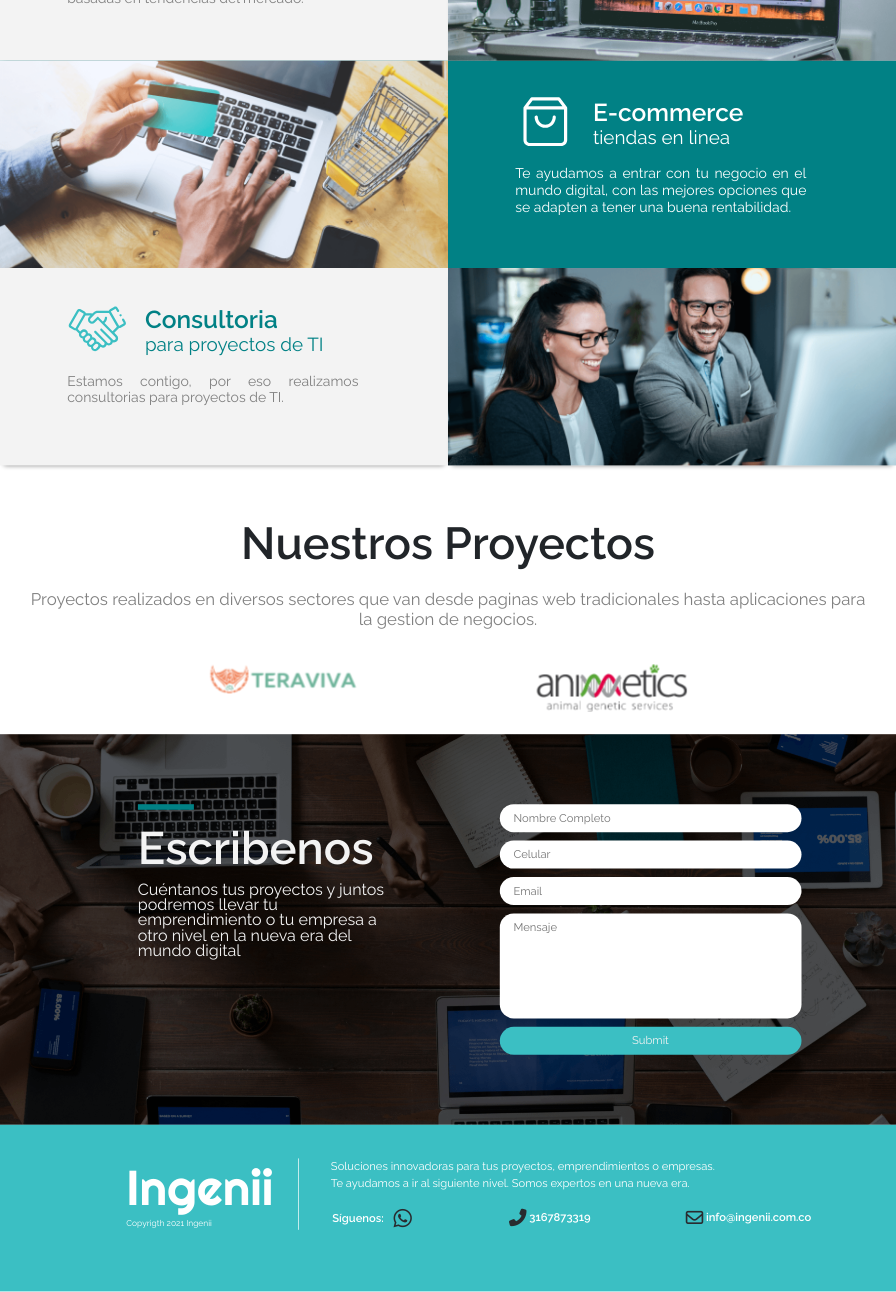
Repository: mariomr87/testwebpage
Page: index.html
The author's editor kept a copy of each file at every save. The page is drawn from the files as they stood at one save, then again after the next save.
The browser window is 1280 px wide. The pictures show the part of the page from y = 1627 to 3547 px (the page is 3472 px tall before and 3547 px after), at 70% of full size.
Some web libraries are served in a nearby version.

Above is the page before, as saved 2021-10-18 20:40:56.

### index.html
<!DOCTYPE html>
<html>
<head>
	<meta charset="utf-8">
	<title>Ingenii - Nueva era</title>
	<link href="style.css" rel="stylesheet">
	<!-- CSS only -->
	<link href="https://cdn.jsdelivr.net/npm/bootstrap@5.0.2/dist/css/bootstrap.min.css" rel="stylesheet" integrity="sha384-EVSTQN3/azprG1Anm3QDgpJLIm9Nao0Yz1ztcQTwFspd3yD65VohhpuuCOmLASjC" crossorigin="anonymous">
	<link rel="preconnect" href="https://fonts.googleapis.com">
	<link rel="preconnect" href="https://fonts.gstatic.com" crossorigin>
	<link href="https://fonts.googleapis.com/css2?family=Raleway:ital,wght@0,200;0,400;0,600;1,900&display=swap" rel="stylesheet">
	<script src="https://kit.fontawesome.com/ffd6f804ac.js" crossorigin="anonymous"></script>

	<!--MENU BOOSTRAP JavaScript Bundle with Popper -->
	<script src="https://cdn.jsdelivr.net/npm/bootstrap@5.1.1/dist/js/bootstrap.bundle.min.js" integrity="sha384-/bQdsTh/da6pkI1MST/rWKFNjaCP5gBSY4sEBT38Q/9RBh9AH40zEOg7Hlq2THRZ" crossorigin="anonymous"></script>

	<!--Carrusel-->
	<link href="https://cdn.jsdelivr.net/npm/bootstrap@5.0.2/dist/css/bootstrap.min.css" rel="stylesheet" integrity="sha384-EVSTQN3/azprG1Anm3QDgpJLIm9Nao0Yz1ztcQTwFspd3yD65VohhpuuCOmLASjC" crossorigin="anonymous">
	<link rel="stylesheet" type="text/css" href="carousel.css">
	<script src="https://ajax.googleapis.com/ajax/libs/jquery/1.12.4/jquery.min.js" type="text/javascript" ></script>
	<script src="slick.js" type="text/javascript" charset="utf-8"></script>

	<!-- viewport mobile -->
	<meta name="viewport" content="width=device-width, initial-scale=1.0">


</head>
	<body>

		<!-- Menu -->
		<nav class="navbar navbar-expand-lg  sticky-top navbar-dark lineamenu ">
			<div class="container-fluid">
			  <a class="navbar-brand col-md-2 text-center navbar-expand-lg" href="#"><span class="menuimg-texto">Ingenii</span></a>
			  <button class="navbar-toggler" type="button" data-bs-toggle="collapse" data-bs-target="#navbarSupportedContent" aria-controls="navbarSupportedContent" aria-expanded="false" aria-label="Toggle navigation">
				<span class="navbar-toggler-icon "></span>
			  </button>
			  <div class="collapse navbar-collapse " id="navbarSupportedContent">
				<ul class="navbar-nav col-md-10">
				  <li class="nav-item">
					<a class="nav-link" aria-current="page" href="#">
						<span class="separar"><img src="./imagenes/menu/Icon-inicio.svg" class="d-inline-block align-text-top menuing-redes-logos"></span>
						<span class="menu-texto-opc">Inicio</span>
					</a>
				  </li>
				  <li class="nav-item">
					<a class="nav-link" href="#servicios4">
						<span class="separar"><img src="./imagenes/menu/Icon-Servicios.svg" class="d-inline-block align-text-top menuing-redes-logos"></span>
						<span class="menu-texto-opc">Servicios</span>
					</a>
				  </li>
				  <li class="nav-item">
					<a class="nav-link " href="#quienessomos" tabindex="-1" aria-disabled="true">
						<span class="separar"><img src="./imagenes/menu/Icon-Quienes somos.svg" class="d-inline-block align-text-top menuing-redes-logos"></span>
						<span class="menu-texto-opc">¿Quiénes somos?</span>
					</a>
				  </li>
				  <li class="nav-item">
					<a class="nav-link " href="#link-ntrabajo" tabindex="-1" aria-disabled="true">
						<span class="separar"><img src="./imagenes/menu/Icon- nuestro-trabajo.svg" class="d-inline-block align-text-top menuing-redes-logos"></span>
						<span class="menu-texto-opc">Nuestro Trabajo</span>
					</a>
				  </li>
				  <li class="nav-item">
					<a class="nav-link " href="#link-escribenos" tabindex="-1" aria-disabled="true">
						<span class="separar"><img src="./imagenes/menu/Icon - escribenos.svg" class="d-inline-block align-text-top menuing-redes-logos"></span>
						<span class="menu-texto-opc">Escribenos</span>
					</a>
				  </li>
				</ul>
				<div class="col-md-1 text-center">
					<!-- <span class="separar"><img class="menuing-redes-logos" src="./imagenes/menu/Facebook.svg" alt=""></span> -->
					<img class="menuing-redes-logos" src="./imagenes/menu/WhatsApp.svg" alt="">
				</div>
			  </div>
			</div>
		  </nav>

		<!-- Slider -->
		<div class="container-fluid slider text-centro text-center">
			<div class="row" id="servicios4">
				<div>
					<h3 class="logo title-slider">Ingenii</h3>
					<h3 class="blanco slider-text">Expertos en la nueva era</h3>
					<h3 id="app-web">Aplicaciones web_</h3><br>
					<img id="flecha-down" src="./imagenes/principal/flecha.svg">
				</div>
			</div>
		</div>
		<!-- Quienes somos y servicios -->
		<div class="container-fluid " >
			<!-- Iconos de servicios -->
			<div class="cuadros-servi row ">
				<div class="azul-claro-bg cuadro col ">
					<img src="./imagenes/principal/app.svg" class="icon-serv">
					<h5><span class="negrilla "><strong>Aplicaciones</strong> </span><br>web a la medida</h5>
				</div>
				<div class="azul-claro-bg cuadro col">
					<img src="./imagenes/principal/desarrollo.svg" class="icon-serv"><h5><span class="negrilla ">Desarrollo</span><br>de Páginas web</h5>
				</div>
				<div class="azul-claro-bg cuadro col">
					<img src="./imagenes/principal/tienda.svg" class="icon-serv">
					<h5><span class="negrilla ">E-commerce</span><br> tiendas en linea</h5>
				</div>
				<div class="azul-claro-bg cuadro col">
					<img src="./imagenes/principal/consultoria.svg" class="icon-serv"><h5><span class="negrilla ">Consultoría</span><br>para proyectos TI</h5>
				</div>
			</div>

			<!-- Texto quienes somos -->
			<div class="row just-somos" id="quienessomos">
				<div class="col-md-6 centrar-somos">
					<p class="line-blue"> </p>
					<h1 class="text-quienes" >Quiénes</h1><h2 class="text-somos">Somos</h2>
				</div>
				<div class="col-md-6">
					<p class="texto-qs"><span class="negrilla">Ingenii</span> es un emprendimiento que nace para ayudar a miles emprendedores a <span class="negrilla">migrar al mundo digital,</span> en un momento en el cual el
					comercio electrónico ha tomado una importancia estratégica para que muchas ideas de negocios tengan éxito, además de asesorar a
					nuestros clientes para que lleven su emprendimiento o empresa al siguiente nivel.
					<br><br>Hacemos nuestro trabajo con seriedad, honestidad y profesionalismo, estamos 100% comprometidos con nuestros clientes.</p>
				</div>
			</div>
		</div>
		<!-- Servicios -->
		<div class="container-fluid">
			<div class="row row-cols-2 servi-col">
				<!--Aplicaciones -->
				<div class="col azul-claro-bg sombra one">
					<img class="servicios-img" src="imagenes/servicios/Aplicaciones.png">
				</div>
				<div class="col azul-claro-bg text-app sombra two">
						<div class="centra-app">
							<div class="interlineas">
								<img src="./imagenes/servicios/web-a-medida.svg" class="icon-serv">
								<span class="text-app-p"><span class="text-app-icon">Aplicaciones</span><p class="text-app-icon2">Web a la medida</p></span>
							</div>
							<div class="interlineas">
								<p class="text-app-des">Desarrollamos aplicaciones web que se ajusten a las necesidades de tu emprendimiento, empresa o proyecto.</p>
							</div>
						</div>
				</div>
				<!--Desarrollo -->
				<div class="col blanco-bg sombra three">
					<div class="text-app ">
						<div class="centra-app">
							<div class="interlineas">
								<img src="./imagenes/servicios/desarrollo-web.svg" class="icon-serv">
								<span class="azul text-app-p"><span class="text-app-icon">Desarrollo</span><p class="text-app-icon2">de paginas web</p></span>
							</div>
							<div class="interlineas" >
								<p class="gris2 text-app-des">Desarrollamos paginas web innovadoras, basadas en tendencias del mercado.</p>
							</div>
						</div>
					</div>
				</div>
				<div class="col blanco-bg sombra four">
					<img class="servicios-img" src="imagenes/servicios/desarrolloweb.png">
				</div>
				<!--E-commerce-->
				<div class="col azul-bg sombra five">
					<img class="servicios-img" src="imagenes/servicios/ecommerce.png">
				</div>
				<div class="col azul-bg sombra six">
					<div class="text-app">
						<div class="centra-app">
							<div class="interlineas">
								<img src="./imagenes/servicios/ecommerce.svg" class="icon-serv">
								<span class="text-app-p"><span class="text-app-icon">E-commerce</span><p class="text-app-icon2">tiendas en linea</p> </span>
							</div>
							<div class="interlineas">
								<p class="text-app-des">Te ayudamos a entrar con tu negocio en el mundo digital, con las mejores opciones que se adapten a tener una buena rentabilidad.</p>
							</div>
						</div>
					</div>
				</div>
				<!--Consultoria -->
				<div class="col blanco-bg sombra seven">
					<div class="azul text-app">
					<div class="centra-app">
							<div class="interlineas">
								<img src="./imagenes/servicios/consultoria-TI.svg" class="icon-serv">
								<span class="text-app-p"><span class="text-app-icon">Consultoria</span> <p class="text-app-icon2"> para proyectos de TI</p></span>
							</div>
							<div class="interlineas">
								<p class="gris2 text-app-des">Estamos contigo, por eso realizamos consultorias para proyectos de TI.</p>
							</div>
					</div>
					</div>
				</div>
    			<div class="col blanco-bg sombra eight">
					<img class="servicios-img" src="imagenes/servicios/consultoria.png">
				</div>
			</div>
		</div>


		<!-- Nuestros Proyectos -->
		<div class="container-fluid" id="link-ntrabajo">
			<div class="row">
				<div class="col-md-12 text-center">
					<p class="proyectos">Nuestros Proyectos</p>
					<p class="proyectos-txt">Proyectos realizados en diversos sectores que van desde paginas web tradicionales hasta aplicaciones para la gestion de negocios.</p>
				</div>
				<div class="col-md-12 container">
					<section class="customer-logos slider2">
						<div class="slide"><img src="images/image3.png"></div>
						<div class="slide"><img src="images/image4.png"></div>
						<div class="slide"><img src="images/image3.png"></div>
						<div class="slide"><img src="images/image4.png"></div>
					</section>
				</div>
			</div>
		</div>

		<!-- Contacto -->
		<div class="container-fluid contacto-container" id="link-escribenos">
			<div class="row">
				<div class="col-md-6">
					<div class="contacto-column-1">
						<p class="line-blue"> </p>
						<h2 class="contacto-title blanco">Escribenos</h2>
						<p class="contacto-desc blanco">Cuéntanos tus proyectos y juntos podremos llevar tu emprendimiento o tu empresa a otro nivel en la nueva era del mundo digital</p>
					</div>
					</div>
				<div class="col-md-6">
					<form class="contacto-form">
						<input type="text" class="contacto-input" placeholder="Nombre Completo" name="nombre">
						<input type="text" class="contacto-input" placeholder="Celular" name="celular">
						<input type="email" class="contacto-input" placeholder="Email" name="email">
						<textarea name="mensaje" class="contacto-textarea" placeholder="Mensaje"></textarea>
						<input type="submit" class="contacto-input azul-claro-bg" name="Enviar">
					</form>
				</div>
			</div>
		</div>
		<!-- Footer -->
		<div class="container-fluid azul-claro-bg p-5">
			<div class="row pb-4">
				<div class="col-md-4">
					<div class="footer-container">
						<h2 class="logo title-footer">Ingenii</h2>
						<p class="subtitle-footer">Copyrigth 2021 Ingenii</p>
					</div>
				</div>
				<div class="col-md-8">
					<div class="social-container">
						<p class="" style="padding: 0px 22px;">Soluciones innovadoras para tus proyectos, emprendimientos o empresas.<br>Te ayudamos a ir al siguiente nivel. Somos expertos en una nueva era.</p>
						<div class="container">
							<div class="row">
								<div class="col-md-4">
									<span class="social-icon-text" style="vertical-align: middle;">Síguenos:
									</span>
									<!-- <a href="www.facebook.com" class="link-icon-footer gris">
										<i class="fab fa-facebook"></i>
									</a> -->
									<a href="https://api.whatsapp.com/send?phone=573167873319&text=Bienvenidos%20a%20Ingenii%20una%20Nueva%20Era.%20En%20que%20podemos%20ayudar?" class="link-icon-footer gris">
										<i class="fab fa-whatsapp"></i>
									</a>
								</div>
								<div class="col-md-4 mt-2">
									<i style="vertical-align: middle;" class="fas fa-phone-alt gris icon-footer"></i><span class="social-icon-text"> 3167873319</span>
								</div>
								<div class="col-md-4 mt-2">
									<i style="vertical-align: middle;" class="far fa-envelope gris icon-footer"></i><span class="social-icon-text"> info@ingenii.com.co</span>
								</div>
							</div>
						</div>
					</div>
				</div>
			</div>
		</div>

		<script type="text/javascript">
			$(document).ready(function(){
				$('.customer-logos').slick({
					slidesToShow: 2,
					slidesToScroll: 1,
					autoplay: true,
					autoplaySpeed: 500,
					arrows: false,
					dots: false,
						pauseOnHover: false,
						responsive: [{
						breakpoint: 500,
						settings: {
							slidesToShow: 4
						}
					}, {
						breakpoint: 520,
						settings: {
							slidesToShow: 3
						}
					}]
				});
			});
		</script>

	</body>
</html>

### style.css
/*
autor: Estiven Oviedo Gonzalez;
fecha: 2021-07-18;
*/

@font-face {
    font-family: 'Righteous';
    src: url('font/Righteous-Regular.ttf');
}


body{
	font-family: 'Raleway', sans-serif !important;
}

.lineamenu{
	border-bottom-width: 1px;
	border-bottom-style: solid;
	/* border-bottom-color: #c5c3c3 ; */
	background-color: #292b2f;
}

.menuimg-texto{
	font-weight: 900;
	font-size: 3em;
	font-family: 'Righteous', cursive;
	color: #fff;
}

.separar{
	padding-right: 10px;
}

.menu-texto-opc{
	font-size: 1.2em;
	color: white;

}
.menuing-redes-logos{
	width: 1.5em;
}

.navbar-nav{
	justify-content: center;

}

.nav-item{
	padding: 24px 10px;
}

.nav-item:hover{
	box-shadow: inset 0px -7px #3bbfc3;
}

.logo{
	font-family: 'Righteous', cursive;
	color: #fff;
}

.azul{
	color: #018185;
}

.gris{
	color: #292b2f;
}

.verde{
	color: #40af93;
}

.azul-claro{
	color: #3bbfc3;
}

.blanco{
	color: #f3f3f3;
}

.azul-bg{
	background-color: #018185;
	color: #fff;
}

.gris-bg{
	background-color: #292b2f;
}

.verde-bg{
	background-color: #40af93;
}

.azul-claro-bg{
	background-color: #3bbfc3;
	color: #f3f3f3;
}

.blanco-bg{
	background-color: #f3f3f3;
}


.sombra{
	box-shadow: 0px 7px 7px -6px gray;
}

/* servicios */
.servicios-img{
	width: 100%;
}

.title-footer{
	font-size: 70px;
	margin: 0;
}

.subtitle-footer{
	color: #fff;
	font-size: 12px;
}

.footer-container{
	margin-left: 35%;
	border-right: 1px solid #fff;
}

.social-container{
	color: #fff;
}

.link-icon-footer{
	font-size: 30px;
	padding: 0px 10px;
	vertical-align: middle;
}

.icon-footer{
	font-size: 25px;
}

.social-icon-text{
	font-weight: 600;
}

.contacto-container{
	background-image: url('imagenes/formulario/fondo-formulario.png');
	background-size: cover;
}

.contacto-form{
	margin: 100px 20% 100px 10%;
}

.contacto-input{
	display: block;
    padding: 8px 20px;
    border-radius: 40px;
    border: none;
    margin-bottom: 12px;
    width: 100%;
}

.contacto-textarea{
	display: block;
    padding: 8px 20px;
    border-radius: 20px;
    border: none;
    margin-bottom: 12px;
    resize: none;
    width: 100%;
    height: 150px;
}

.contacto-column-1{
	margin: 100px 10% 100px 30%;
}

.contacto-title{
	font-size: 65px;
	font-weight: 900;
}

.contacto-desc{
	text-align:left;
	font-size: 23px;
	line-height: 22px;
}

.slider{
	background-image: url('imagenes/principal/banner.png');
	background-size: cover;
}

.title-slider{
	font-size: 110px;
	margin: 0;
}

.slider-text{
	font-size: 40px ;
	font-weight: bold;
}

#app-web{
	display: inline;
	background-color: #f6f6f6;
	color: #018185;
	padding: 0px 20px;
}

.text-quienes{
	font-weight:bold;
	font-size:100px;
}

.text-somos{
	font-size:80px;
	line-height: 10px;
}

.line-blue{
	background-color: #018185;
	height: 8px;
	width: 80px;
}

.texto-qs{
	text-align: justify;
	font-size: 18px;
	color: gray;

}

.negrilla{
	font-weight: bold;
}

.cuadro span {
	font-size: 1.5em;
}

.just-somos{
	padding-left: 100px;
	padding-right: 100px;
	padding-top: 0;
	padding-bottom: 50px;
	line-height: initial;
}

.centrar-somos{
	align-content: center;
	justify-content: center;
	display: grid;
}


.text-app{
	position: relative;
	padding-top: 2%;

}

.centra-app{
	margin: 5% 20% 0 15%;
	text-align: justify;
}

.text-app-p{
	padding-left: 25px;

}

.text-app-icon{
	font-size: 35px;
	font-weight: 900;

}

.text-app-icon2{
	font-size: 27px;
}

.text-app-des{
	font-size: 20px;
	color: white;
}

.gris2{
	color: gray ;
}

.cuadro{
	margin: auto 1%;
	padding: 33px;
	box-shadow: -1px 5px 6px #889788;
}

.cuadros-servi{
	text-align: center;
	padding: 0% 8%;
	position: relative;
    bottom: 60px;

}
.interlineas{
	line-height:normal;
	display: flex;
	justify-content: flex-start;
    align-items: center;
	letter-spacing: normal;
}

.icon-serv{
	width: 86px;
	margin-bottom: 20px;
}

.cuadro img{
	padding-bottom: 15px;
}

.text-centro{
	padding: 8% 0%;

}

#flecha-down{
	padding-top: 2%;
	width: 3%;
}

.flotante{
	position: relative;
}

.servi-col div{
	padding-left: 0;
	padding-right: 0;
}

.proyectos{
	font-weight: 900;
	font-size: 4em;
	padding-top: 1em;
}

.proyectos-txt{
	color: gray;
	font-size: 1.5em;
	padding: 0 20px 2px 20px ;
	line-height: normal;
}

@media screen and (max-width:1100px) {
	.cuadros-servi h5{
		font-size: 1rem;
	}

	.text-quienes{
		font-size: 80px;
	}

	.text-app-des{
		font-size: 15px;
	}

	.text-app-icon2 {
		font-size: 20px;
	}

	.text-app-icon {
		font-size: 25px;
	}

	.icon-serv {
		width: 65px;

	}

	.centra-app {
		margin: 5% 9% 0 15%;
	}

	.contacto-title{
		font-size: 60px;
	}

	.proyectos-txt{
		padding: 0 12px 2px 12px ;
	}
}

@media screen and (max-width:840px) {
	.cuadros-servi{
		position: initial;
		padding-top: 10px;
		flex-direction: column;
	}

	.cuadro{
		margin-bottom: 15px;
	}

	.just-somos{
		flex-direction:column;
		padding: 0;
	}

	.just-somos .col-md-6{
		width: 100%;
	}

	.line-blue{
		display: none;
	}

	.centrar-somos{
		padding-bottom: 35px;
	}

	.servi-col{
		flex-direction: column;
	}

	.proyectos-txt{
		padding: 0;
	}

	.servi-col div{
		width: 100%;
	}

	.centra-app{
		margin: 0;
	}

	.interlineas{
		justify-content: center;
	}

	.text-app-des{
		text-align: center;
	}

	.one{
		order: 0;
	}

	.two{
		order: 1;
	}


	.three{
		order: 3;
	}

	.four{
		order: 2;
	}

	.five{
		order: 4;
	}

	.six{
		order: 5;
	}

	.seven{
		order:7;
	}

	.eight{
		order: 6;
	}

}

@media screen and (max-width:450px) {
	.just-somos{
		padding: 0;

	}

	.proyectos-txt{
		padding: 0;
	}

	.servi-col div{
		width: 100%;
	}

	.centra-app{
		margin: 0;
	}

	.one{
		order: 0;
	}

	.two{
		order: 1;
	}

	.three{
		order: 3;
	}

	.four{
		order: 2;
	}

	.five{
		order: 4;
	}

	.six{
		order: 5;
	}

	.seven{
		order:7;
	}

	.eight{
		order: 6;
	}

}

### carousel.css
/* Slider */
.slick-slide {
    margin: 0px 20px;
}

.slick-slide img {
    width: 100%;
}

.slick-slider
{
    position: relative;
    display: block;
    box-sizing: border-box;
    -webkit-user-select: none;
    -moz-user-select: none;
    -ms-user-select: none;
            user-select: none;
    -webkit-touch-callout: none;
    -khtml-user-select: none;
    -ms-touch-action: pan-y;
        touch-action: pan-y;
    -webkit-tap-highlight-color: transparent;
}

.slick-list
{
    position: relative;
    display: block;
    overflow: hidden;
    margin: 0;
    padding: 0;
}
.slick-list:focus
{
    outline: none;
}
.slick-list.dragging
{
    cursor: pointer;
    cursor: hand;
}

.slick-slider .slick-track,
.slick-slider .slick-list
{
    -webkit-transform: translate3d(0, 0, 0);
       -moz-transform: translate3d(0, 0, 0);
        -ms-transform: translate3d(0, 0, 0);
         -o-transform: translate3d(0, 0, 0);
            transform: translate3d(0, 0, 0);
}

.slick-track
{
    position: relative;
    top: 0;
    left: 0;
    display: block;
}
.slick-track:before,
.slick-track:after
{
    display: table;
    content: '';
}
.slick-track:after
{
    clear: both;
}
.slick-loading .slick-track
{
    visibility: hidden;
}

.slick-slide
{
    display: none;
    float: left;
    height: 100%;
    min-height: 1px;
}
[dir='rtl'] .slick-slide
{
    float: right;
}
.slick-slide img
{
    display: block;
}
.slick-slide.slick-loading img
{
    display: none;
}
.slick-slide.dragging img
{
    pointer-events: none;
}
.slick-initialized .slick-slide
{
    display: block;
}
.slick-loading .slick-slide
{
    visibility: hidden;
}
.slick-vertical .slick-slide
{
    display: block;
    height: auto;
    border: 1px solid transparent;
}
.slick-arrow.slick-hidden {
    display: none;
}

.slider2 {
    padding: 2em 10em;
}

.slider2 div img{
    width: 50%;
    /* background-color: gray; */
    border-inline: 1px;
    display: block;
    margin: auto;

}

/* .slide{
 border-style: solid;
 color: red;

} */

Loaded but not shown: slick.js (library)

After the next save:
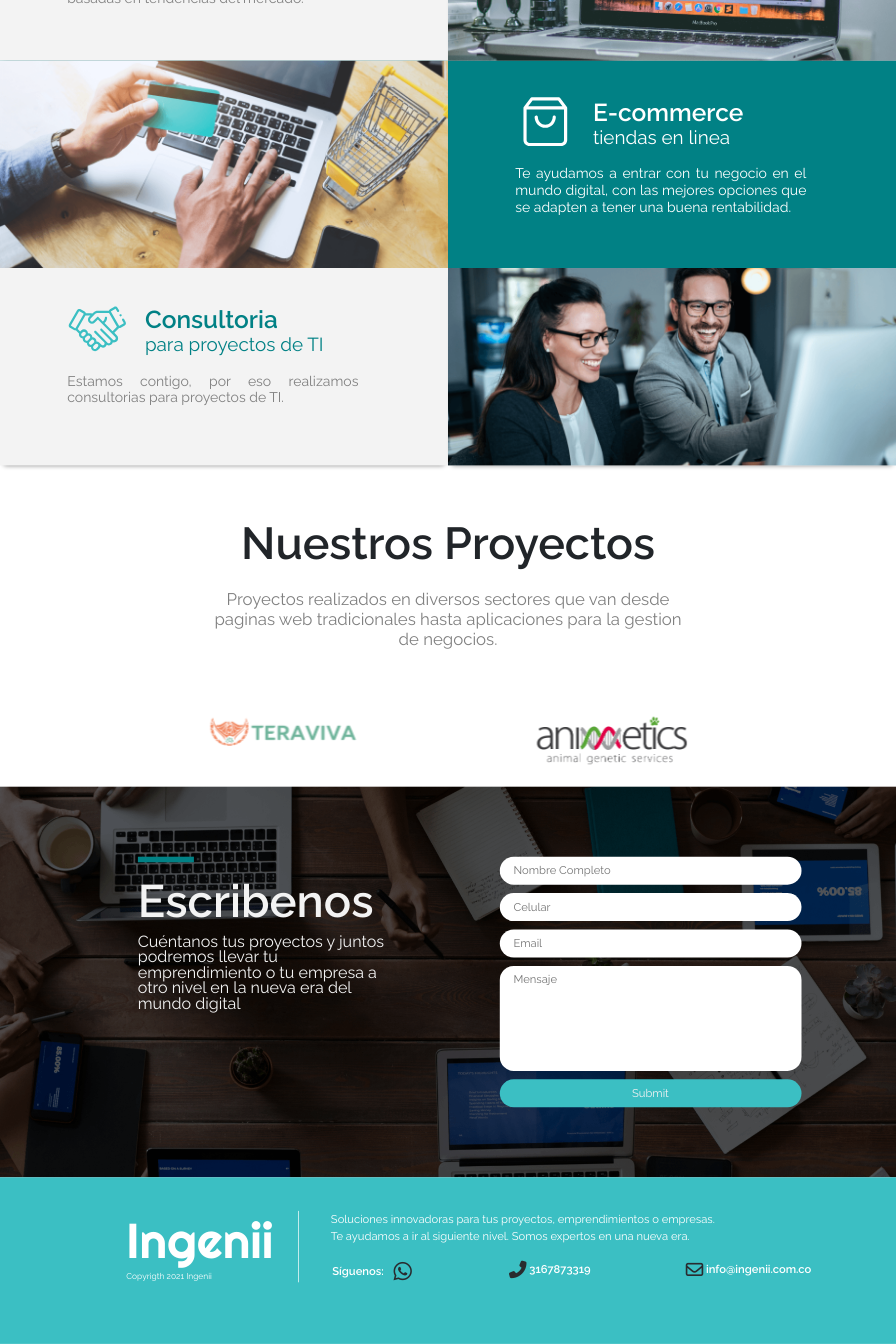
Saved 73 s later.
--- a/style.css
+++ b/style.css
@@ -348,7 +348,7 @@ body{
 .proyectos-txt{
 	color: gray;
 	font-size: 1.5em;
-	padding: 0 20px 2px 20px ;
+	padding: 0 12em 2em 12em ;
 	line-height: normal;
 }
 
